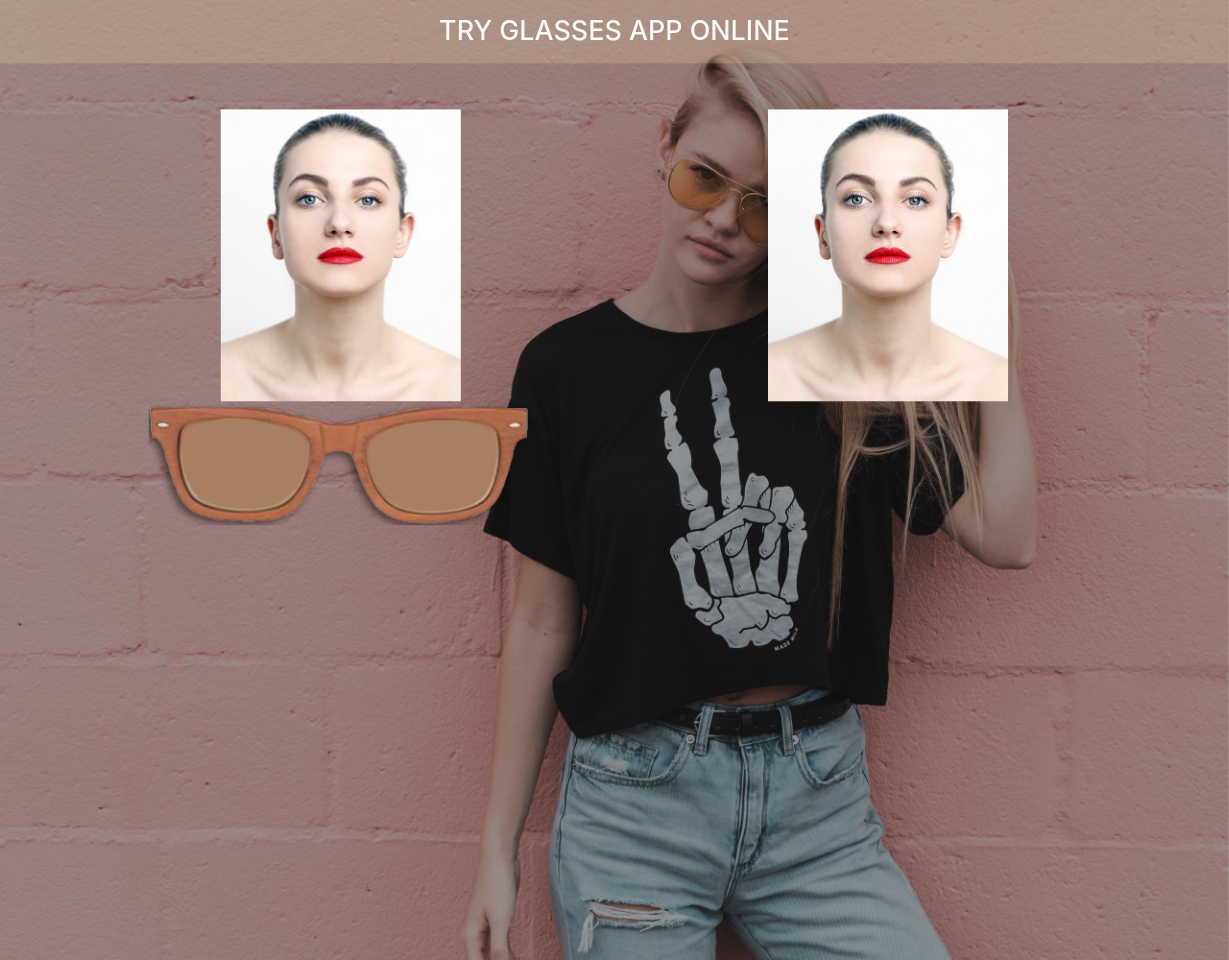
Repository: LeHieuSP/Baitapthukinh_LTH_FE70
Page: /
An editor plug-in stored every save of this project. The page is shown before and after the next save, followed by the edit.
The browser window is 1280 px wide. The pictures show the whole page, at 96% of full size.
The project was rebuilt for these pictures with package versions that can differ from the ones it lists, and the page was loaded fresh each time. Also part of the build but not shown: src/index.css, src/App.css, src/redux/actions/BaiTapDatVeAction.js, src/BaiTapRedux/BaiTapBookingTicket/ThongTinDatGhe.js, src/BaiTapRedux/BaiTapBookingTicket/HangGhe.js, src/BaiTapRedux/BaiTapBookingTicket/BaiTapBookingTicket.js.

Above is the page before, as saved 2022-03-09 17:02:29.

After the next save:
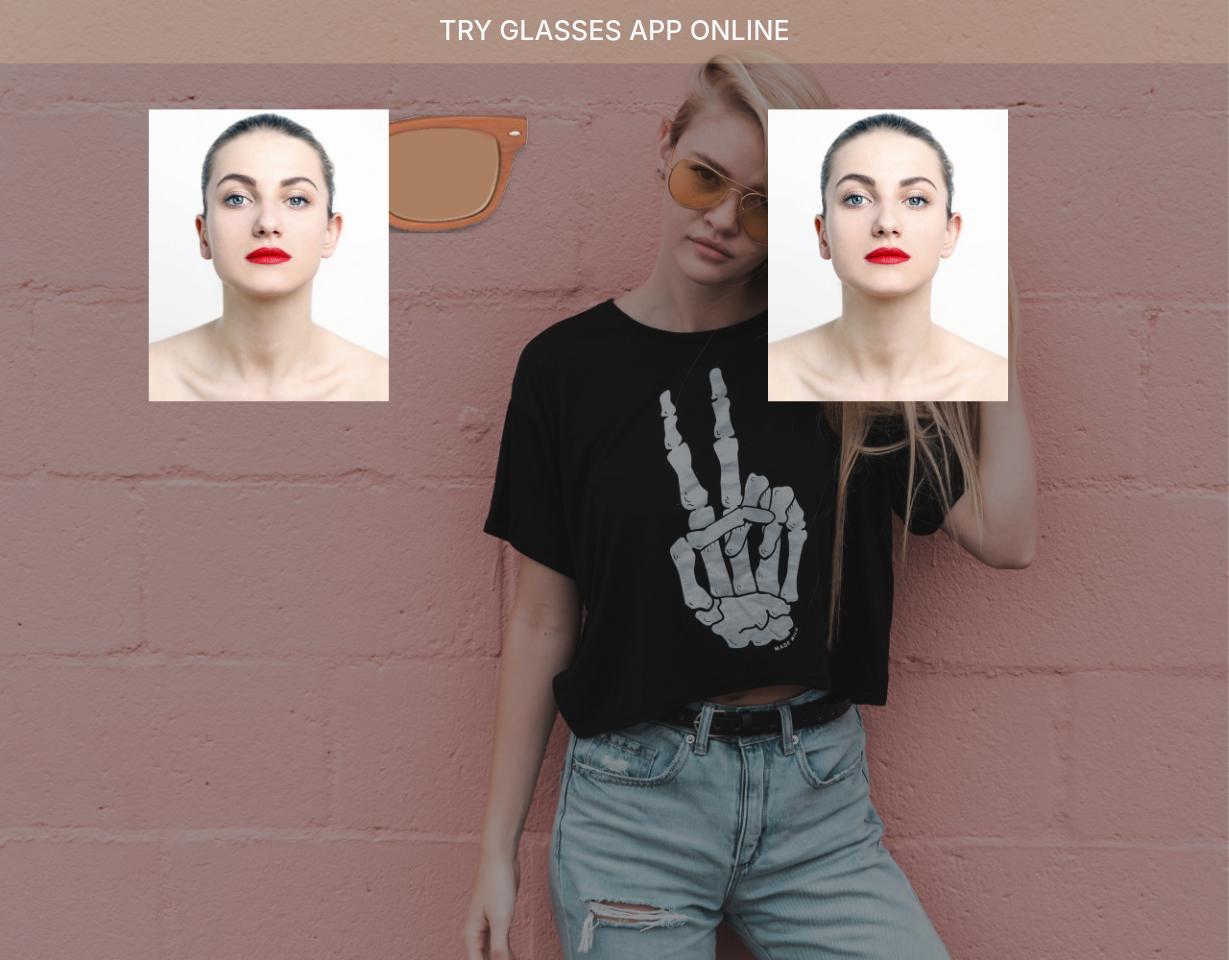
Saved 69 s later.
--- a/src/BaiTapThuKinh/BaiTapThuKinh.js
+++ b/src/BaiTapThuKinh/BaiTapThuKinh.js
@@ -22,7 +22,7 @@
             <div className="row mt-5 text-center">
               <div className="col-6">
                   <div className="position-relative">
-                <img
+                <img className="position-absolute"
                   style={{ width: "250px" }}
                   src="./glassesImage/model.jpg"
                   alt="model.jpg"
